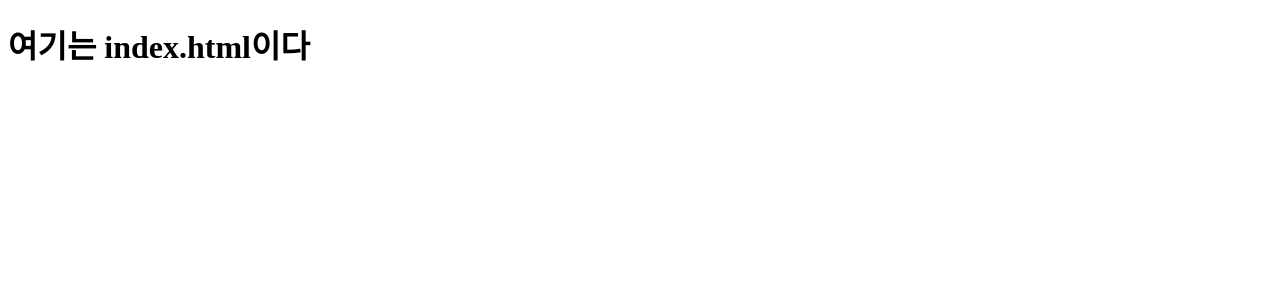
Repository: Yuram-Park/acorn_study
Page: ServletTest3/src/main/webapp/index.html
These files come from the project's save history. The page is drawn as it stood at one moment and after the next save; the edit follows.
The browser window is 1280 px wide. The pictures show the whole page.

Above is the page before, as saved 2023-09-14 02:57:09.

After the next save:
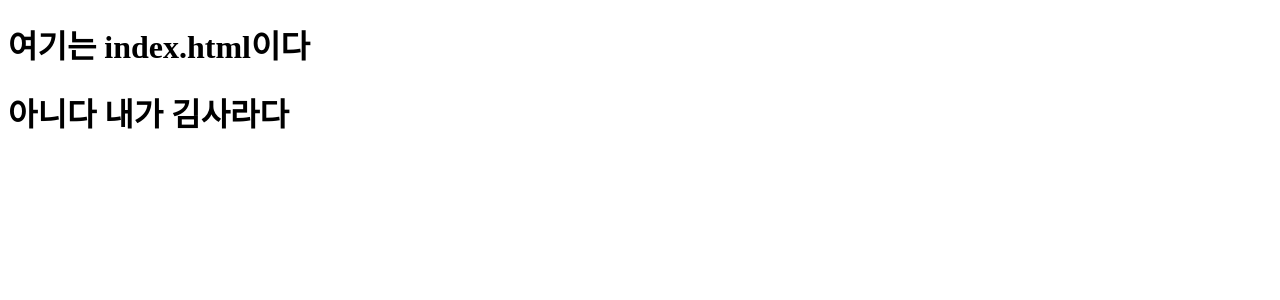
Saved 2 min 27 s later.
--- a/ServletTest3/src/main/webapp/index.html
+++ b/ServletTest3/src/main/webapp/index.html
@@ -6,5 +6,6 @@
 </head>
 <body>
 	<h1>여기는 index.html이다</h1>
+	<h1>아니다 내가 김사라다</h1>
 </body>
 </html>
